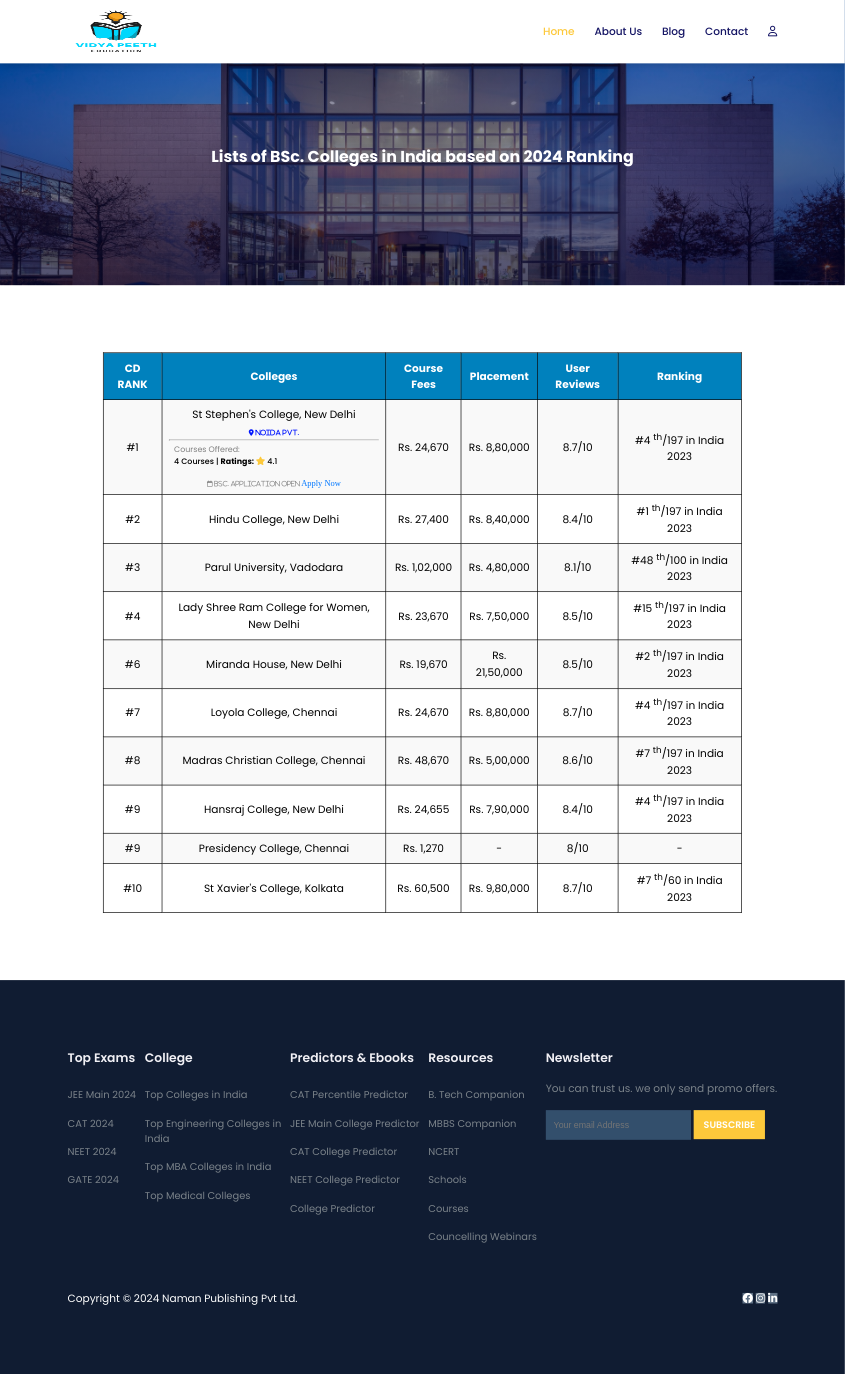
Repository: NamanSahu09/VidyaPreet-Ed-Tech-Website
Page: bsc.html
The author's editor kept a copy of each file at every save. The page is drawn from the files as they stood at one save, then again after the next save.
The browser window is 1280 px wide. The pictures show the whole page, at 66% of full size.
Some web libraries are served in a nearby version.

Above is the page before, as saved 2024-04-12 13:03:28.

### bsc.html
<!DOCTYPE html>
<html lang="en">
<head>
	<meta charset="UTF-8">
	<meta name="viewport" content="width=device-width, initial-scale=1.0">
	<title>Top BSc Colleges in India</title>

	<!-- font Awesome CDN link -->
	<link rel="stylesheet" href="https://cdnjs.cloudflare.com/ajax/libs/font-awesome/6.1.1/css/all.min.css" />

	<!-- External CSS -->
	<!-- <link rel="stylesheet" href="style.css"> -->
	<!-- <link rel="stylesheet" href="about.css"> -->
	<link rel="stylesheet" href="bsc.css">



	<!-- JQuery CDN link -->
	<script src="https://code.jquery.com/jquery-3.6.0.min.js" integrity="sha256-/xUj+3OJU5yExlq6GSYGSHk7tPXikynS7ogEvDej/m4=" crossorigin="anonymous"></script>
</head>
<body>
	<!-- Navigation start -->
	<nav>
		<img src="img/Vidya peeth.png" class="logo" alt="" height="70px"  width="250px"/>

		<div class="navigation">
			<ul>
				<i id="menu-close" class="fas fa-times"></i>
				<li><a href="index.html" class="active">Home</a></li>
				<li><a href="about.html">About Us</a></li>
				<li><a href="blog.html">Blog</a></li>
				<!-- <li><a href="courses.html">Courses</a></li> -->
				<li><a href="contact.html">Contact</a></li>
				<li><a href="#">
					<i class="far fa-user"></i>
					</a>
				</li>


			</ul>

			<img src="img/menu.png" id="menu-btn" alt="">
		</div>
	</nav>
	<!-- Navigation ends -->



  <!-- login sign-up-form -->

  <div class="form">
    <!-- login -->
    <div class="login-form">

      <!-- cancel-btn -->

      <a href="#" class="form-cancel">
        <i class="fas fa-times"></i>
      </a>


      <strong>Log In</strong>
      <!-- inputs -->
      <form >
        <input type="email" placeholder="Example@gmail.com" name="email" required>
        <input type="password" placeholder="Password" name="password" required>
        <!-- submit-btn -->
        <input type="submit" value="Log In">
      </form>

      <!-- Forget-and-signup -->
      <div class="form-btns">
          <a href="#" class="forget">Forget Your Password?</a>
          <a href="#" class="sign-up-btn">Create Account</a>
    </div>

    </div>




     <!-- Sign Up -->
     <div class="sign-up-form">

      <!-- cancel-btn -->

      <a href="#" class="form-cancel">
        <i class="fas fa-times"></i>
      </a>


      <strong>Sign In</strong>
      <!-- inputs -->
      <form >
        <input type="text" placeholder="Full Name" name="fullname" required>
        <input type="email" placeholder="Example@gmail.com" name="email" required>
        <input type="password" placeholder="Password" name="password" required>
        <!-- submit-btn -->
        <input type="submit" value="Sign Up">
      </form>

      <!-- Forget-and-signup -->
      <div class="form-btns">
          <a href="#" class="already-acount">Already have Account?</a>
    </div>

    </div>

  </div>







	<!-- Hero section starts from here -->
	<section id="about-home">
		<h2>
			Lists of BSc. Colleges in India based on 2024 Ranking
		</h2>
	</section>
	<!-- Hero section ends from here -->


	<section id="contact">


		<table cellspacing="10px" cellpadding="10px" border="1" align="center"  class="custom-table">
			<tr align="center">
	<th>CD RANK</th>
	<th>Colleges</th>
	<th>Course Fees</th>
	<th>Placement</th>
	<th>User Reviews</th>
	<th>Ranking</th>
	</tr>

	<tr align="center">
	<td>#1</td>
	<td><a href="https://www.ststephens.edu/">St Stephen's College, New Delhi</a><br>
		<i class="fa-solid fa-location-dot " style="font-size: 10px; "> Noida Pvt.</i>
		<hr>

<div class="container">
	<p style="font-size: 12px; color: grey; margin-left: 0.5rem; margin-top: 4px;" align="left">Courses Offered:</p>
	<p align="left" style="margin-left: 0.5rem; font-size: 12px; font-weight: 500; ">4 Courses |
			<b>Ratings: </b><i align="left" class="fa-solid fa-star"></i> 4.1
	</p>
<br>
	<i class="fa-regular fa-calendar"> BSc. Application Open <a href="https://www.ststephens.edu/">Apply Now</a> </i>

</div>






	</td>
	<td>Rs. 24,670</td>
	<td>Rs. 8,80,000</td>
	<td>8.7/10</td>
	<td>#4 <sup>th</sup>/197 in India 2023 </td>
	</tr>

	<tr align="center">
	<td>#2</td>
	<td><a href="https://hinducollege.ac.in/">Hindu College, New Delhi  </a></td>
	<td>Rs. 27,400</td>
	<td>Rs. 8,40,000</td>
	<td>8.4/10</td>
	<td>#1 <sup>th</sup>/197 in India 2023 </td>
	</tr>	<tr align="center">
	<td>#3</td>
	<td><a href="https://paruluniversity.ac.in/">Parul University, Vadodara</a></td>
	<td>Rs. 1,02,000</td>
	<td>Rs. 4,80,000</td>
	<td>8.1/10</td>
	<td>#48 <sup>th</sup>/100 in India 2023 </td>
	</tr>	<tr align="center">
	<td>#4</td>
	<td>Lady Shree Ram College for Women, New Delhi</td>
	<td>Rs. 23,670</td>
	<td>Rs. 7,50,000</td>
	<td>8.5/10</td>
	<td>#15 <sup>th</sup>/197 in India 2023 </td>
	</tr>	<tr align="center">
	<td>#6</td>
	<td>Miranda House, New Delhi</td>
	<td>Rs. 19,670</td>
	<td>Rs. 21,50,000</td>
	<td>8.5/10</td>
	<td>#2 <sup>th</sup>/197 in India 2023 </td>
	</tr>	<tr align="center">
	<td>#7</td>
	<td>Loyola College, Chennai</td>
	<td>Rs. 24,670</td>
	<td>Rs. 8,80,000</td>
	<td>8.7/10</td>
	<td>#4 <sup>th</sup>/197 in India 2023 </td>
	</tr>	<tr align="center">
	<td>#8</td>
	<td>Madras Christian College, Chennai</td>
	<td>Rs. 48,670</td>
	<td>Rs. 5,00,000</td>
	<td>8.6/10</td>
	<td>#7 <sup>th</sup>/197 in India 2023 </td>
	</tr>	<tr align="center">
	<td>#9</td>
	<td>Hansraj College, New Delhi</td>
	<td>Rs. 24,655</td>
	<td>Rs. 7,90,000</td>
	<td>8.4/10</td>
	<td>#4 <sup>th</sup>/197 in India 2023 </td>
	</tr>	<tr align="center">
	<td>#9</td>
	<td>Presidency College, Chennai</td>
	<td>Rs. 1,270</td>
	<td> - </td>
	<td>8/10</td>
	<td > - </td>
	</tr>	<tr align="center">
	<td>#10</td>
	<td>St Xavier's College, Kolkata</td>
	<td>Rs. 60,500</td>
	<td>Rs. 9,80,000</td>
	<td>8.7/10</td>
	<td>#7 <sup>th</sup>/60 in India 2023 </td>
	</tr>


	</table>












	</section>






<!--
	<section id="map">
		<iframe src="https://www.google.com/maps/embed?pb=!1m18!1m12!1m3!1d30711686.029386617!2d64.41853642919325!3d20.009139591170264!2m3!1f0!2f0!3f0!3m2!1i1024!2i768!4f13.1!3m3!1m2!1s0x30635ff06b92b791%3A0xd78c4fa1854213a6!2sIndia!5e0!3m2!1sen!2sin!4v1652012148253!5m2!1sen!2sin" style="border:0;" allowfullscreen="" loading="lazy" referrerpolicy="no-referrer-when-downgrade"></iframe>
	</section> -->


	<!-- Footer section starts from here -->
	<footer>
		<div class="footer-col">
			<h3>Top Exams</h3>
			<li>JEE Main 2024</li>
			<li>CAT 2024</li>
			<li>NEET 2024</li>
			<li>GATE 2024</li>

		</div>

		<div class="footer-col">
			<h3>College</h3>
			<li>Top Colleges in India</li>
			<li>Top Engineering Colleges in <br>India</li>
			<li>Top MBA Colleges in India</li>
			<li>Top Medical Colleges</li>
		</div>

		<div class="footer-col">
			<h3>Predictors & Ebooks</h3>
			<li>CAT Percentile Predictor</li>
			<li>JEE Main College Predictor</li>
			<li>CAT College Predictor</li>
			<li>NEET College Predictor</li>
			<li>College Predictor</li>
		</div>

		<div class="footer-col">
			<h3>Resources</h3>
			<li>B. Tech Companion</li>
			<li>MBBS Companion</li>
			<li>NCERT</li>
			<li>Schools</li>
			<li>Courses</li>
			<li>Councelling Webinars</li>
		</div>

		<div class="footer-col">
			<h3>Newsletter</h3>
			<p>You can trust us. we only send promo offers.</p>

			<div class="subscribe">
				<input type="email" placeholder="Your email Address">
				<a href="#" class="yellow">SUBSCRIBE</a>
			</div>
		</div>

		<div class="copyright">
			<p align="center">
				Copyright &copy; 2024 Naman Publishing Pvt Ltd.
			</p>
			<div class="pro-links">
				<i class="fab fa-facebook"></i>
				<i class="fab fa-instagram"></i>
				<i class="fab fa-linkedin-in"></i>
			</div>
		</div>
	</footer>
	<!-- Footer section ends from here -->

	<script>
		// Show menu links on burger click
		$('#menu-btn').click(function(){
			$('nav .navigation ul').addClass('active')
		});

		// Hide navbar on click function
		$('#menu-close').click(function(){
			$('nav .navigation ul').removeClass('active')
		});

 /*---For Login and Sign-up----------------------------*/

 $(document).on('click', '.far.fa-user', function(){
    $('.form').addClass('login-active').removeClass('sign-up-active');
});

$(document).on('click', '.sign-up-btn', function(){
    $('.form').removeClass('login-active').addClass('sign-up-active');
});

$(document).on('click', '.form-cancel', function(){
    $('.form').removeClass('login-active').removeClass('sign-up-active');
});

$(document).on('click', '.already-acount', function(){
    $('.form').addClass('login-active').removeClass('sign-up-active');
});


	</script>

</body>
</html>

### bsc.css
@import url('https://fonts.googleapis.com/css2?family=Inter:wght@100;200;300;400;500&family=Poppins:ital,wght@0,100;0,200;0,300;0,400;0,500;0,600;0,700;0,800;0,900;1,700;1,800;1,900&display=swap');
*
{
	margin: 0;
	padding: 0;
	box-sizing: border-box;
}
body
{
	font-family: 'Poppins', sans-serif;
}
h1
{
	font-size: 2.5rem;
	font-weight: 700;
	color: rgb(35, 35, 85);
}

span
{
	font-size: .9rem;
}

h6
{
	font-size: 1.1rem;
	color: rgb(24, 24, 49);
}


/*------------- Navigation style start ------------*/
nav
{
	position: fixed;
	width: 100%;
	background-color: #fff;
	display: flex;
	justify-content: space-between;
	align-items: center;
	padding: 1vw 8vw;
	box-shadow: 2px 2px 10px rgba(0, 0, 0, 0.15);
	z-index: 1;
}

nav .logo
{
	width: 150px;
	cursor: pointer;
}

nav .navigation
{
	display: flex;
}

#menu-btn
{
	width: 30px;
	height: 30px;
	display: none;
}

#menu-close
{
	display: none;
}

nav .navigation ul
{
	display: flex;
	justify-content: flex-end;
	align-items: center;
}

nav .navigation ul li
{
	list-style: none;
	margin-left: 30px;
}

nav .navigation ul li a
{
	text-decoration: none;
	color: rgb(21, 21, 100);
	font-size: 16px;
	font-weight: 500;
	transition: 0.3s ease;
}

nav .navigation ul li a.active,
nav .navigation ul li a:hover
{
	color: #FDC93B;

}
/*------------- Navigation style end ------------*/

/* Login Form and Sign In form */


.form{
  width:100%;
  height: 100%;
  position: fixed;
  /* top: 0px;
  left: 0px; */
  background-color: rgba(0,0,0,0.2);
  display: flex;
  justify-content: center;
  align-items: center;
  flex-direction: column;
  z-index: 102;
}


.login-form,
.sign-up-form{
  width:420px;
  padding: 20px 10px;
  background-color: #ffffff;
  box-shadow: 2px 2px 30px rgba(0,0,0,0.1);
  display: flex;
  justify-content: center;
  align-items: center;
  flex-direction: column;
  border-radius: 5px;
  position: relative;

}
.login-form form,
.sign-up-form form{
  display: flex;
  justify-content: center;
  align-items: center;
  flex-direction: column;
  width: 100%;
}
.login-form strong,
.sign-up-form strong{
  color: #272727;
  font-size: 2rem;
  margin: 2px 7px 7px 7px;
  text-transform: uppercase;
  letter-spacing: 0.5px;
  font-weight: 500;
}
.login-form input,
.sign-up-form input{
  width:90%;
  height: 45px;
  margin: 6px 0px;
  padding: 0px 10px;
  border: 1px solid rgba(0,0,0,0.1);
  outline: none;
  border-radius: 7px;
}
.login-form input::placeholder,
.sign-up-form input::placeholder{
  color: rgba(0,0,0,0.5);
}
.login-form input[type="submit"],
.sign-up-form input[type="submit"]{
  background-color: #0b9d8a;
  color: #ffffff;
  border: none;
  outline: none;
  text-transform: uppercase;
  margin-top: 10px;
  border-radius: 3px;
  box-shadow: 2px 2px 30px rgba(0,0,0,0.1);
}
.form-btns{
  width: 90%;
  display: flex;
  justify-content: space-between;
  align-items: center;
  margin-top: 10px;
}
.form-btns a{
  color: #4d4d4d;
  font-size: 0.9rem;
}
.sign-up-btn{
  border-bottom: 1px solid #868686;
  line-height: 16px;
}
.form-cancel{
  position: absolute;
  right: 20px;
  top: 10px;
  color: #868686;
}
.login-form,
.sign-up-form,
.form{
  display: none;
}
.login-active,
.login-active .login-form{
  display: flex;
  animation: fade 0.3s;
}

.sign-up-active,
.sign-up-active .sign-up-form{
  display: flex;
  animation: fade 0.3s;
}
@keyframes fade{
  0%{
      opacity: 0;
  }
  100%{
      opacity: 1;
  }
}

/* - - - - - - - - - - - - - - - - - - - --  - - - - - - -  */






#contact
{
	padding: 8vw;
	display: flex;
	justify-content: space-between;
	align-items: flex-start;
}



/* ----------------------------------------------------------------------------------------------------- */

/* Table  */


.custom-table {
  width: 90%;
  margin: 0 auto;
  border-collapse: collapse;
}

/* Apply styles to table header cells (th) */
.custom-table th {
  background-color: #0081bd;
	color:white;
  border: 1px solid black;
  padding: 10px;
  text-align: center;
}

/* Apply styles to table data cells (td) */
.custom-table td {
  border: 1px solid black;
  padding: 10px;
  text-align: center;
}

/* Apply alternate background color to even rows */
.custom-table tr:nth-child(even) {
  background-color: #f9f9f9;
}




/* -------------------------------------------------------- */




#about-home {
	background-image: linear-gradient(rgba(9, 5, 54, 0.3), rgba(5, 4, 46, 0.7)), url(img/back1.jpg);
	width: 100%;
	height: 60vh;
	background-size: cover;
	background-position: center center;
	display: flex;
	flex-direction: column;
	justify-content: center;
	align-items: center;
	text-align: center;
	padding-top: 40px;
}

h2 {
	display: block;
	font-size: 1.5em;
	margin-block-start: 0.83em;
	margin-block-end: 0.83em;
	margin-inline-start: 0px;
	margin-inline-end: 0px;
	font-weight: bold;
	unicode-bidi: isolate;
	color:white;
}




table td a
{
	color:black;
	text-decoration: none;
}

table td a:hover
{
	text-decoration: underline;
	color: blue;
}


.class
{

}


 .fa-star
{
	color: #fdc93b;
	font-size: .8rem;
}
.star
{
	font-size: 0.7rem;
	/* background-color: #98adb7; */
  /* color:white; */
  padding: 10px;
  text-align: left;
}

.fa-location-dot
{
	color: #0015ff;
	font-size:0.1rem;
	text-align:left;
}

.container
{
	display: flex;
	flex-direction:column;
	justify-content:center;
	height: 100%;
	font-size: 0.8rem;

}

.container .fa-calendar
{
	font-size: 0.6rem;
	color:grey;
}

.container .fa-calendar a
{
	font-size: 0.8rem;
	color:rgb(0, 119, 255);
	font-family: 'Times New Roman', Times, serif;
}





























































/*------------- Footer section styling starts ------------*/
footer
{
	padding: 8vw;
	background-color: #101c32;
	display: flex;
	justify-content: space-between;
	align-items: flex-start;
	flex-wrap: wrap;
}

footer .footer-col
{
	padding-bottom: 40px;
}

footer h3
{
	color: rgb(241, 240, 245);
	font-weight: 600;
	padding-bottom: 20px;
}

footer li
{
	list-style: none;
	color: #7b838a;
	padding: 10px 0;
	font-size: 15px;
	cursor: pointer;
	transition: 0.3s ease;
}

footer li:hover
{
	color: rgb(241, 240, 245);
}

footer p
{
	color: #7b838a;
}

footer .subscribe
{
	margin-top: 20px;
}

footer input
{
	width: 220px;
	padding: 15px 12px;
	background: #334F6C;
	border: none;
	outline: none;
	color: #fff;
}

footer .subscribe a
{
	text-decoration: none;
	font-size: 0.9rem;
	padding: 12px 15px;
	background-color: #fff;
	font-weight: 600;
}

footer .subscribe a.yellow
{
	color: #fff;
	background: #fdc93b;
	transition: 0.3s ease;
}

footer .subscribe a.yellow:hover
{
	color: rgb(21, 21, 100);
	background: #fff;
}

footer .copyright
{
	margin-top: 20px;
	width: 100%;
	display: flex;
	justify-content: space-between;
	align-items: center;
	flex-wrap: wrap;
}

footer .copyright p, footer .copyright p > a
{
	color: #fff;
	text-decoration: none;
}

footer .copyright .pro-links
{
	margin-top: 0px;
}

footer .copyright .pro-links i
{
	background-color: #5f7185;
	color: #fff;
}

footer .copyright .pro-links i:hover
{
	background: #fdc93b;
	color: #2c2c2c;
}
/*------------- Footer section styling ends ------------*/



/*---------------------------------------------------------*/
/*-------------------- Ipad screen styling ----------------*/
/*---------------------------------------------------------*/
@media screen and (max-width: 789px)
{
	nav
	{
		padding: 15px 20px;
	}

	nav img
	{
		width: 130px;
	}

	#menu-btn
	{
		display: initial;
	}

	#menu-close
	{
		display: initial;
		font-size: 1.6rem;
		color: #fff;
		padding: 30px 0 20px 20px;
	}

	nav .navigation ul
	{
		position: absolute;
		top: 0;
		right: -220px;
		display: flex;
		flex-direction: column;
		justify-content: flex-start;
		align-items: flex-start;
		width: 220px;
		height: 100vh;
		background: rgba(17, 20, 104, 0.45);
		backdrop-filter: blur(4.5px);
		border: 1px solid rgba(255, 255, 255, 0.18);
		transition: 0.3s ease-in;
	}

	nav .navigation ul.active
	{
		right: 0;
	}

	nav .navigation ul li
	{
		padding: 20px 0 20px 40px;
		margin-left: 0;
	}

	nav .navigation ul li a
	{
		color: #fff;
	}

	#home
	{
		padding: 0px;
	}

	#home p
	{
		width: 90%;
	}

	#features
	{
		padding: 8vw 4vw 0 4vw;
	}

	#course
	{
		padding: 8vw 4vw 8vw 4vw;
	}


	#registration
	{
		padding: 6vw 4vw 6vw 4vw;
		gap: 2.2rem;
	}

	#registration .reminder .time
	{
		display: flex;
		justify-content: space-between;
		flex-wrap: wrap;
		margin-top: 40px;
	}

	#experts
	{
		padding: 8vw 4vw 6vw 4vw;
	}

	footer .copyright .pro-links
	{
		margin-top: 20px;
	}
}


@media screen and (max-width: 475px)
{
	#registration
	{
		flex-direction: column;
	}

	.reminder p, .reminder h1
	{
		text-align: center;
	}

	.reminder h1
	{
		font-size: 1.8rem;
	}

	#registration .reminder .time
	{
		justify-content: space-evenly;
		margin-top: 20px;
	}
}

After the next save:
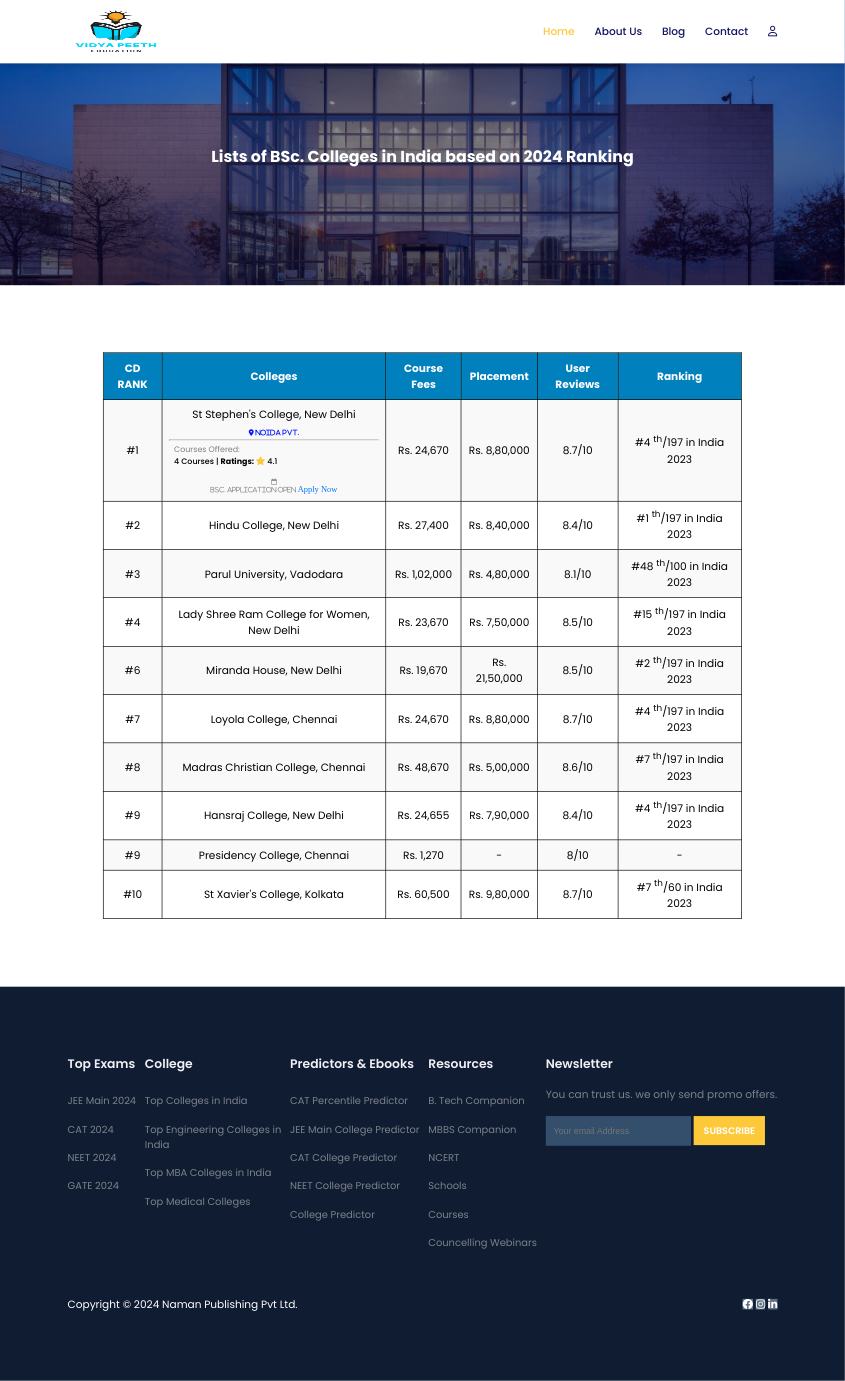
Saved 20 s later.
--- a/bsc.html
+++ b/bsc.html
@@ -148,7 +148,7 @@
 			<b>Ratings: </b><i align="left" class="fa-solid fa-star"></i> 4.1
 	</p>
 <br>
-	<i class="fa-regular fa-calendar"> BSc. Application Open <a href="https://www.ststephens.edu/">Apply Now</a> </i>
+	<i class="fa-regular fa-calendar"> <p></p> BSc. Application Open <a href="https://www.ststephens.edu/">Apply Now</a> </i>
 
 </div>
 

After the save that followed:
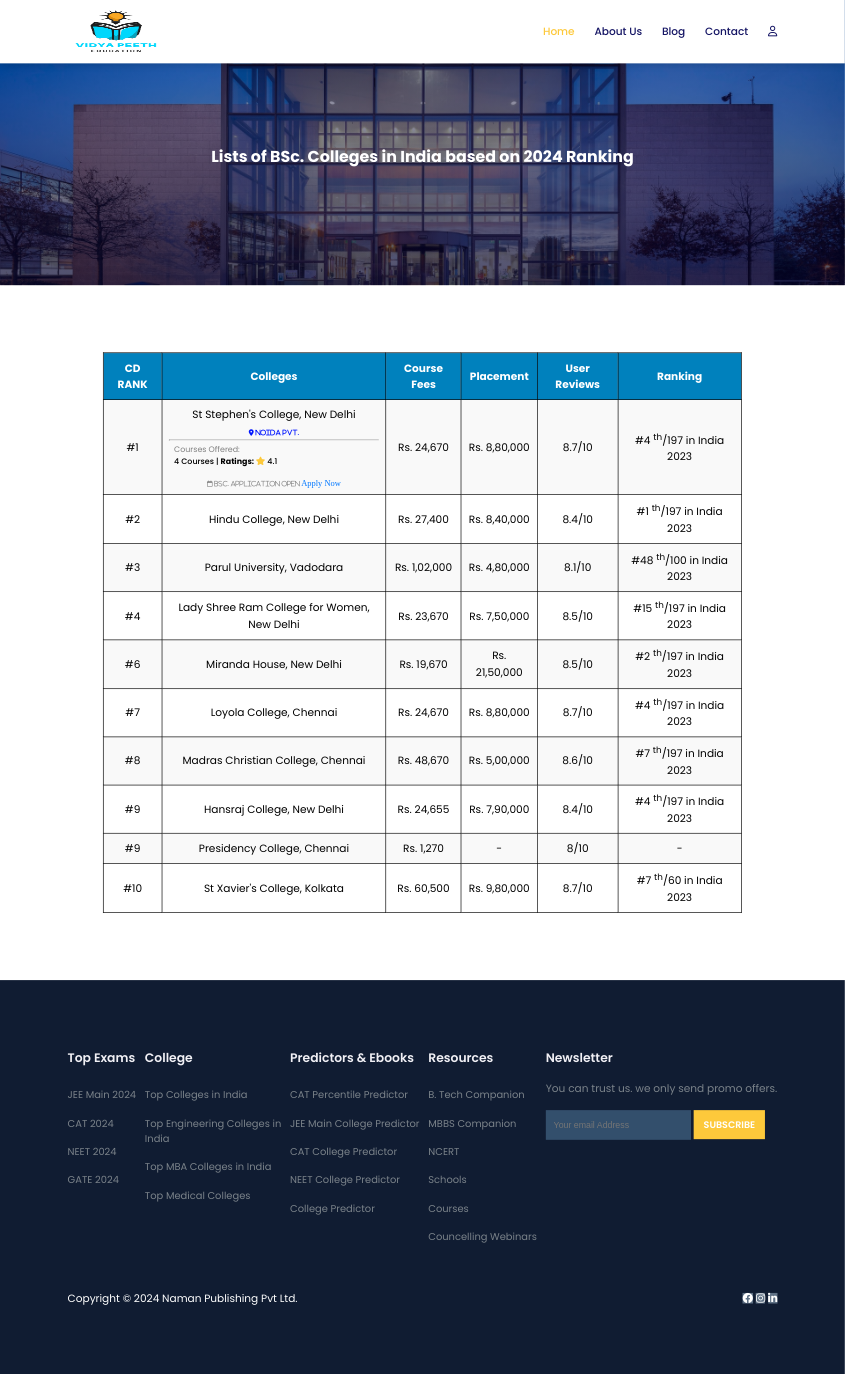
Saved 6 s later.
--- a/bsc.html
+++ b/bsc.html
@@ -148,7 +148,7 @@
 			<b>Ratings: </b><i align="left" class="fa-solid fa-star"></i> 4.1
 	</p>
 <br>
-	<i class="fa-regular fa-calendar"> <p></p> BSc. Application Open <a href="https://www.ststephens.edu/">Apply Now</a> </i>
+	<i class="fa-regular fa-calendar"> BSc. Application Open <a href="https://www.ststephens.edu/">Apply Now</a> </i>
 
 </div>
 
